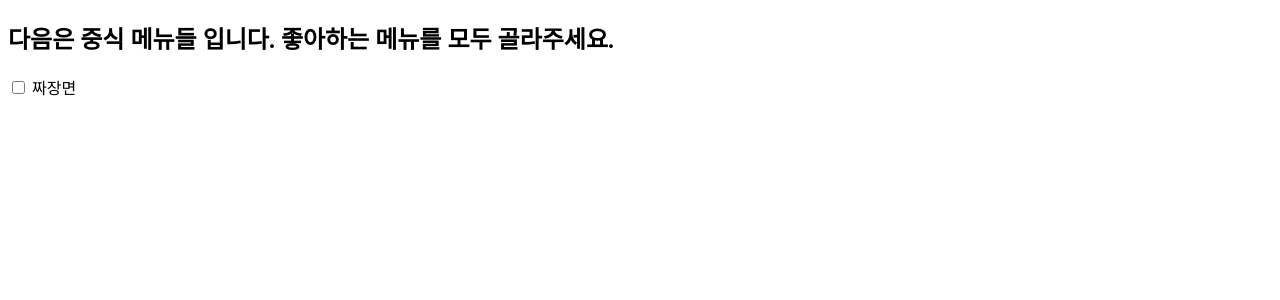
Repository: KangHoi/encore_vueWorkspace
Page: vue02_Methods/WebContent/vue07_v-model.html
These files come from the project's save history. The page is drawn as it stood at one moment and after the next save; the edit follows.
The browser window is 1280 px wide. The pictures show the whole page.

Above is the page before, as saved 2021-07-09 02:13:36.

### vue02_Methods/WebContent/vue07_v-model.html
<!DOCTYPE html>
<html>
<head>
<meta charset="UTF-8">
<title>Insert title here</title>
<script src="https://cdn.jsdelivr.net/npm/vue/dist/vue.js"></script>

</head>
<body>
	<div id ="app">
		<h2><b>다음은 중식 메뉴들 입니다. 좋아하는 메뉴를 모두 골라주세요.</b></h2>
		<input type="checkbox" value="짜장면"> 짜장면 </input>
	</div>
</body>
</html>

After the next save:
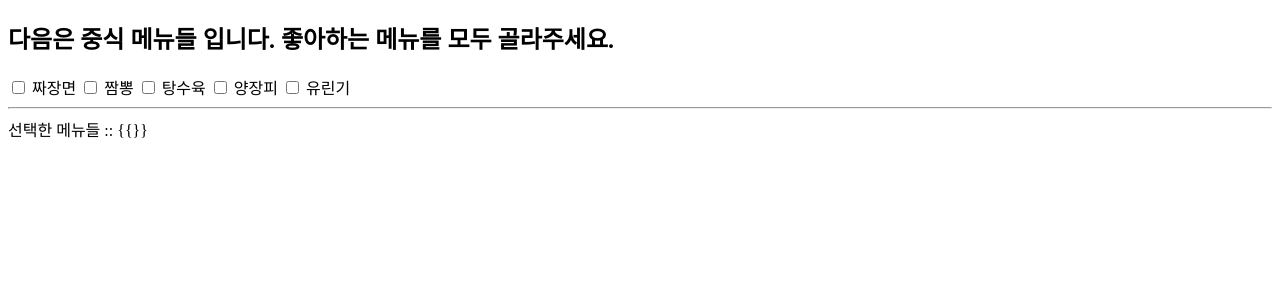
Saved 2 min 4 s later.
--- a/vue02_Methods/WebContent/vue07_v-model.html
+++ b/vue02_Methods/WebContent/vue07_v-model.html
@@ -9,7 +9,24 @@
 <body>
 	<div id ="app">
 		<h2><b>다음은 중식 메뉴들 입니다. 좋아하는 메뉴를 모두 골라주세요.</b></h2>
-		<input type="checkbox" value="짜장면"> 짜장면 </input>
+		<input type="checkbox" value="짜장면"> 짜장면
+		<input type="checkbox" value="짬뽕"> 짬뽕
+		<input type="checkbox" value="탕수육"> 탕수육
+		<input type="checkbox" value="양장피"> 양장피
+		<input type="checkbox" value="유린기"> 유린기
+
+		<hr>
+		선택한 메뉴들 :: <span>{{}}</span>
 	</div>
+
+	<script>
+		var app = new Vue({
+			el:'#app',
+			data:{
+				menu : []
+			}
+
+		});
+	</script>
 </body>
 </html>
